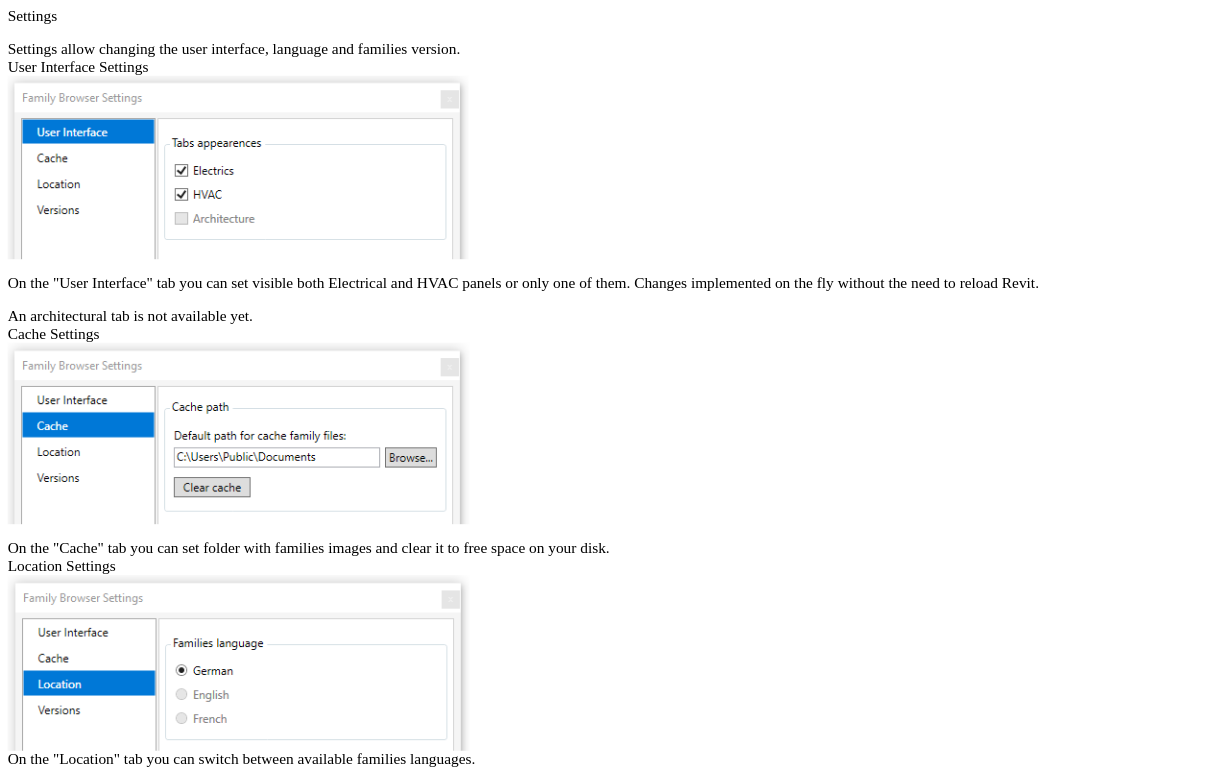
Repository: RomanLavrov/FamilyBrowserUserGuide
Page: http://localhost/FamilyBrowser/application/views/en/settings_view.php
The author's editor kept a copy of each file at every save. The page is drawn from the files as they stood at one save, then again after the next save.
The browser window is 1280 px wide. The pictures show the whole page, at 96% of full size.
The page is run by PHP 8.4 with error messages shown; the project is at /var/www/html/.

Above is the page before, as saved 2019-10-23 16:01:29.

### FamilyBrowser/application/views/en/settings_view.php
<div class="article-header">Settings</div>
<div class="article-content" style="margin-bottom:-15px;">
      <p>
            Settings allow changing the user interface, language and families version.
      </p>
</div>

<div class="article-header">User Interface Settings</div>
<div class="article-content" style="margin-bottom:-15px;">
      <div class="row">
            <div class="col-md-5" style="min-width:480px">
                  <img style="margin-left:0" class="illustration" src="/FamilyBrowser/images/Tab_Settings_en.png" alt="" />
            </div>

            <div class="col-md-5">
                  <p>On the "User Interface" tab you can set visible both Electrical and HVAC panels or only one of them.
                        Changes implemented on the fly without the need to reload Revit. </p>
                  <p>An architectural tab is not available yet.</p>
            </div>
      </div>
</div>

<div class="article-header">Cache Settings</div>
<div class="article-content" style="margin-bottom:-15px;">
      <div class="row">
            <div class="col-md-5" style="min-width:480px">
                  <img style="margin-left:0" class="illustration" src="/FamilyBrowser/images/Tab_Cache_en.png" alt="" />
            </div>
            <div class="col-md-5">
                  <p>
                        On the "Cache" tab you can set folder with families images and clear it to free space on your disk.
                  </p>
            </div>
      </div>
</div>

<div class="article-header">Location Settings</div>
<div class="article-content" style="margin-bottom:-15px;">
      <div class="row">
            <div class="col-md-5" style="min-width:480px">
                  <img style="margin-left:0" class="illustration" src="/FamilyBrowser/images/Tab_Language_en.png" alt="" />
            </div>
            <div class="col-md-5">
                  On the "Location" tab you can switch between available families languages.
            </div>
      </div>
</div>

After the next save:
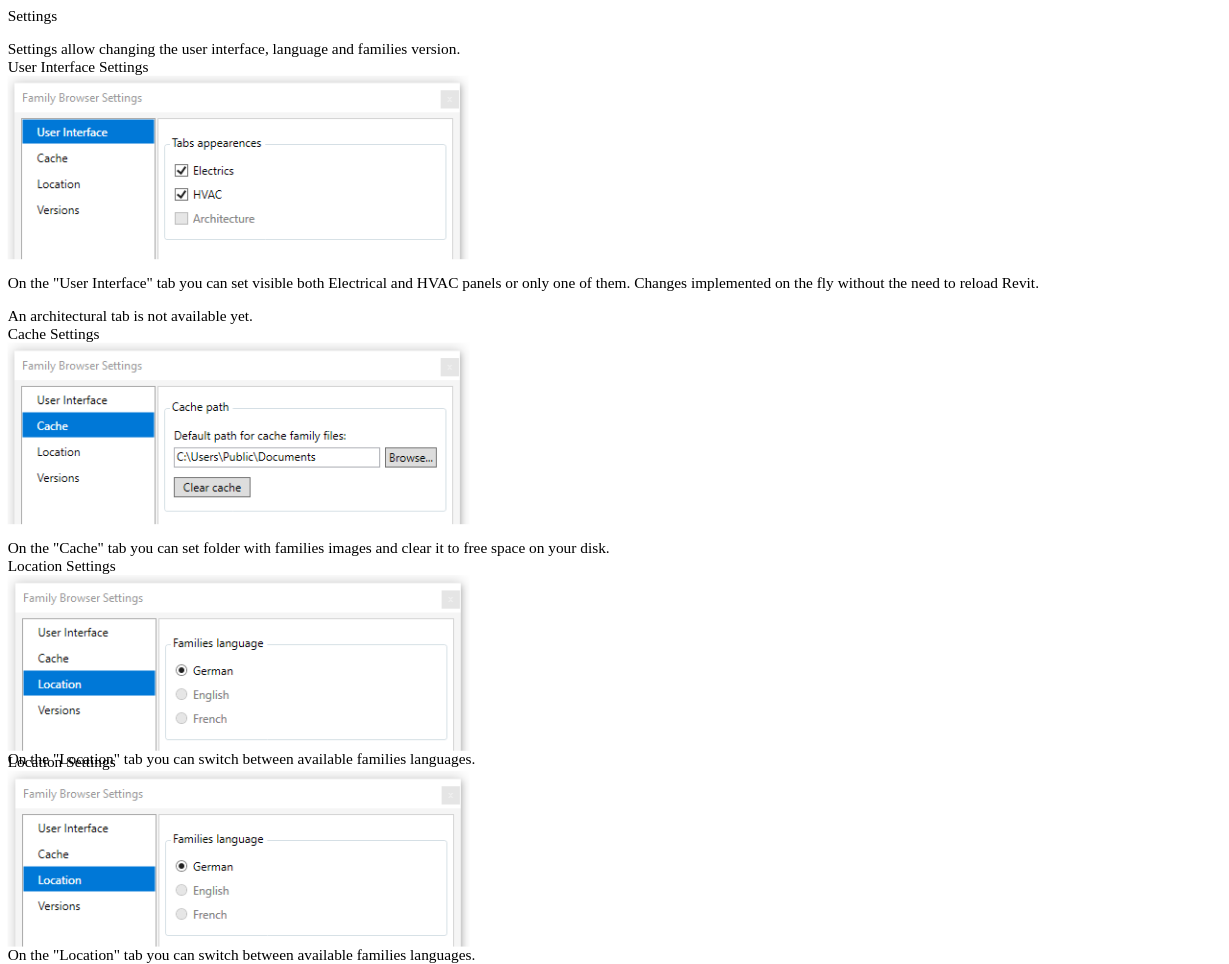
Saved 12 s later.
--- a/FamilyBrowser/application/views/en/settings_view.php
+++ b/FamilyBrowser/application/views/en/settings_view.php
@@ -45,3 +45,15 @@
             </div>
       </div>
 </div>
+
+<div class="article-header">Location Settings</div>
+<div class="article-content" style="margin-bottom:-15px;">
+      <div class="row">
+            <div class="col-md-5" style="min-width:480px">
+                  <img style="margin-left:0" class="illustration" src="/FamilyBrowser/images/Tab_Language_en.png" alt="" />
+            </div>
+            <div class="col-md-5">
+                  On the "Location" tab you can switch between available families languages.
+            </div>
+      </div>
+</div>
